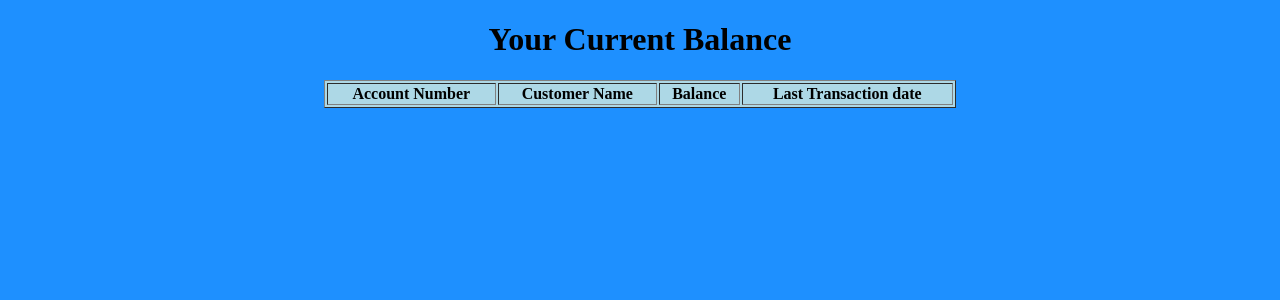
Repository: rukmini10/DXC
Page: http://localhost/Account/check_balance.jsp
These files come from the project's save history. The page is drawn as it stood at one moment and after the next save; the edit follows.
The browser window is 1280 px wide. The pictures show the whole page.
The page is served by Tomcat 9. Nobody is signed in. The application's start-up code is not run. Queries for data that is not in the repository find no rows.

Above is the page before, as saved 2022-05-07 18:42:55.

After the next save:
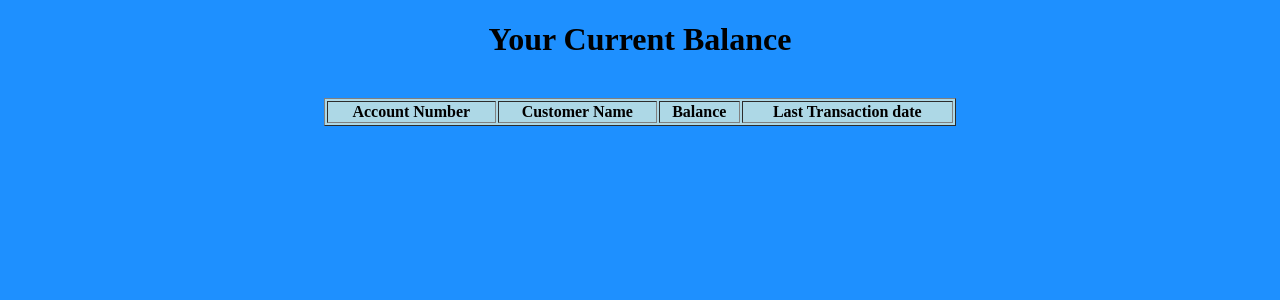
Saved 4 min 10 s later.
--- a/DXC_MAVEN/Account/src/main/webapp/check_balance.jsp
+++ b/DXC_MAVEN/Account/src/main/webapp/check_balance.jsp
@@ -17,9 +17,12 @@
             Statement st=conn.createStatement();
             ResultSet rs=st.executeQuery("select * from tr where ano='"+an+"'");
             out.println("<table border='1' width='50%' bgcolor='lightblue' align='center'>");
-out.println("<tr><th>Account Number</th><th>Customer Name</th><th>Balance</th><th>Last Transaction date</th></tr>");
+out.println("<tr><th>Account Number</th><br><th>Customer Name</th><th>Balance</th><th>Last Transaction date</th></tr>");
 while(rs.next())
  out.println("<tr align='center'><td>"+rs.getString(1)+"</td><td>"+rs.getString(2)+"</td><td>"+rs.getString(3)+"</td><td>"+rs.getString(4)+"</td></tr>");
+
+
+
 out.println("</table>");
 conn.close();
 

After the save that followed:
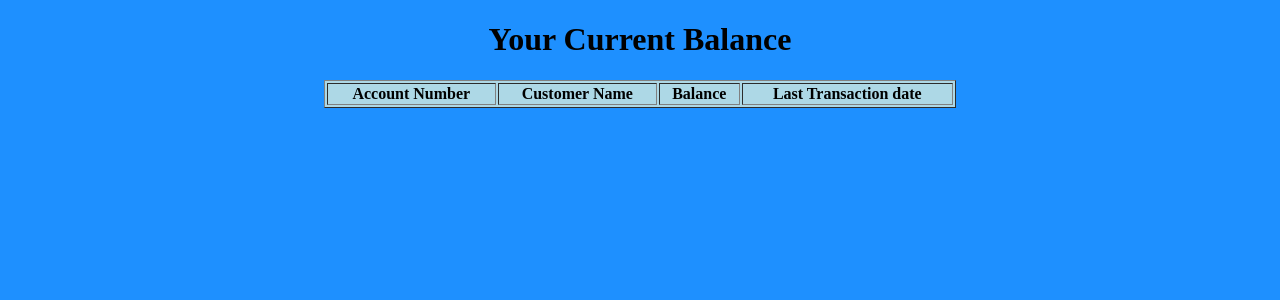
Saved 19 s later.
--- a/DXC_MAVEN/Account/src/main/webapp/check_balance.jsp
+++ b/DXC_MAVEN/Account/src/main/webapp/check_balance.jsp
@@ -17,7 +17,7 @@
             Statement st=conn.createStatement();
             ResultSet rs=st.executeQuery("select * from tr where ano='"+an+"'");
             out.println("<table border='1' width='50%' bgcolor='lightblue' align='center'>");
-out.println("<tr><th>Account Number</th><br><th>Customer Name</th><th>Balance</th><th>Last Transaction date</th></tr>");
+out.println("<tr><th>Account Number</th><th>Customer Name</th><th>Balance</th><th>Last Transaction date</th></tr>");
 while(rs.next())
  out.println("<tr align='center'><td>"+rs.getString(1)+"</td><td>"+rs.getString(2)+"</td><td>"+rs.getString(3)+"</td><td>"+rs.getString(4)+"</td></tr>");
 
